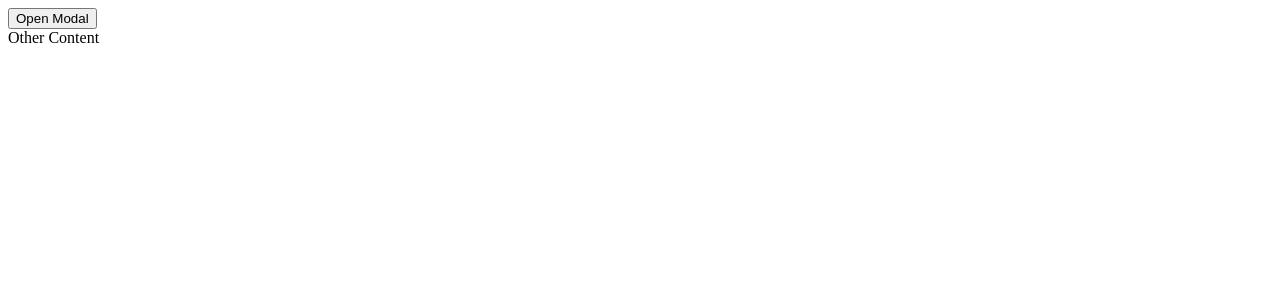
Repository: devogi/myFirstReactPortal
Page: /
An editor plug-in stored every save of this project. The page is shown before and after a run of saves, followed by the edit.
The browser window is 1280 px wide. The pictures show the whole page.
The project was rebuilt for these pictures with package versions that can differ from the ones it lists, and the page was loaded fresh each time. Also part of the build but not shown: src/Modal.js.

Above is the page before, as saved 2022-03-15 19:50:08.

### src/App.js
import React, { useState } from "react";
import Modal from "./Modal";

const BUTTON_WRAPPER_STYLES = {
  position: "relative",
  zIndex: "1",
};

const OTHER_CONTENT_STYLES = {
  position: "relative",
  zIndex: "2",
  backgroundColor: "red",
  padding: "10px",
};

function App() {
  const [isOpen, setIsOpen] = useState(false);
  return (
    <>
      <div>
        <button onClick={() => setIsOpen(true)}>Open Modal </button>
      </div>
      <div>Other Content</div>
    </>
  );
}

export default App;

Loaded but not shown: public/index.html (common file); src/index.js (common file)

After the next 2 saves:
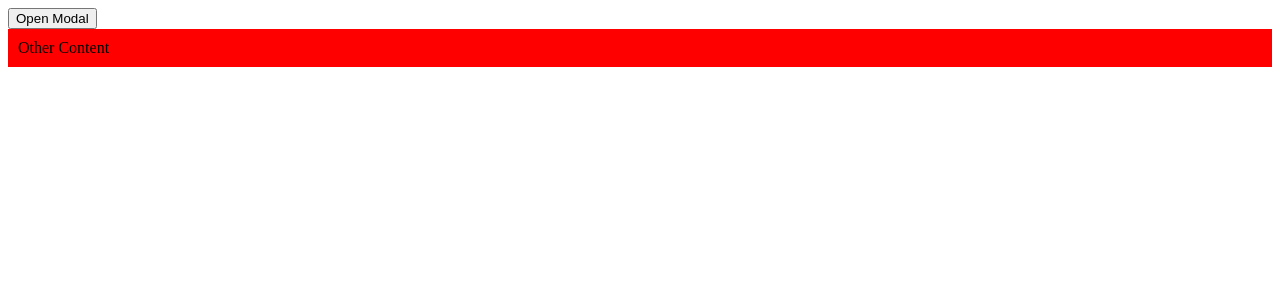
The 2 saves are shown as one change because they came seconds apart.
The last was saved 14 s later.
--- a/src/App.js
+++ b/src/App.js
@@ -20,7 +20,7 @@ function App() {
       <div>
         <button onClick={() => setIsOpen(true)}>Open Modal </button>
       </div>
-      <div>Other Content</div>
+      <div style={OTHER_CONTENT_STYLES} >Other Content</div>
     </>
   );
 }
